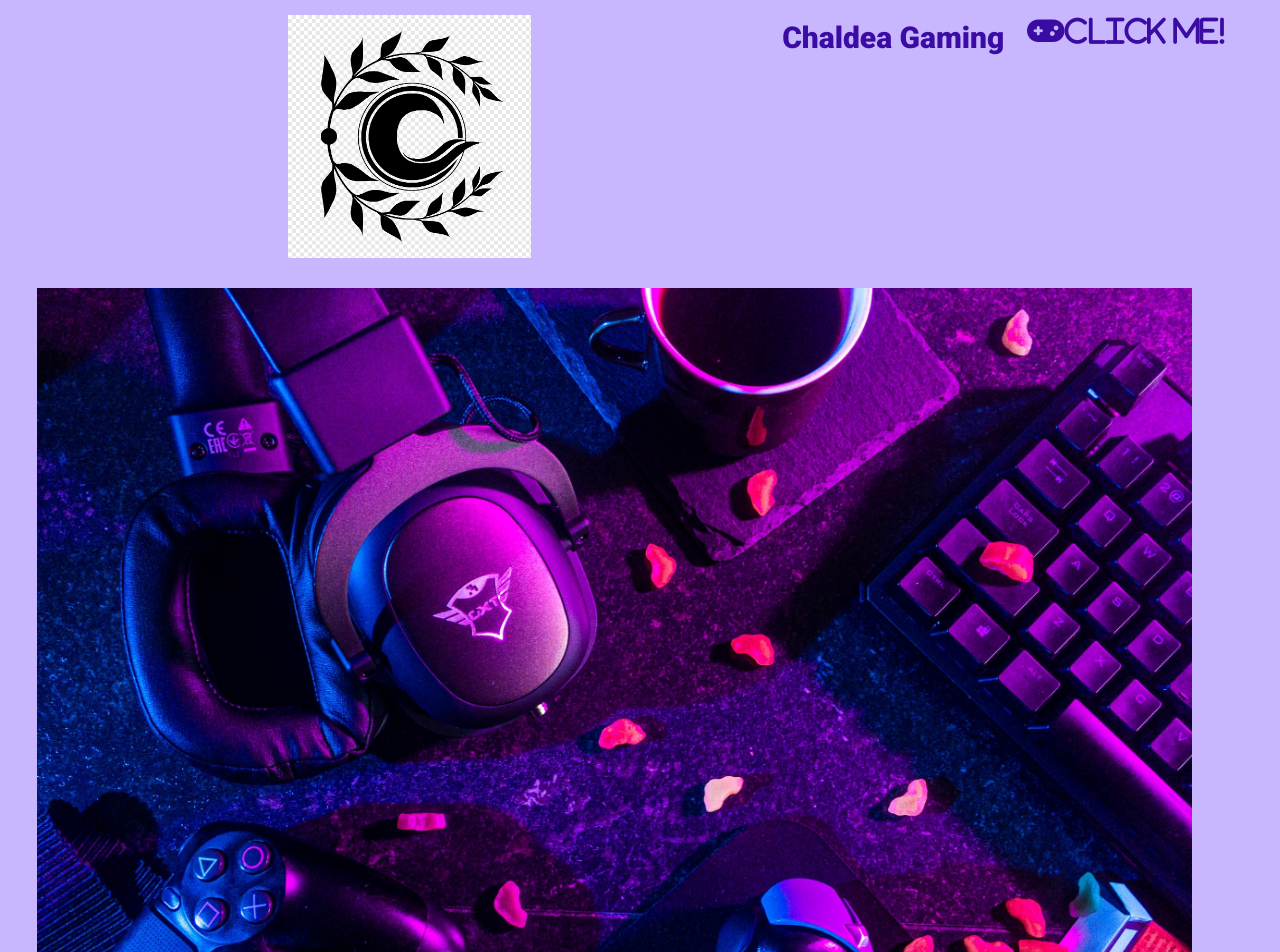
Repository: NyleNC/School-Projects
Page: Hmtl and CSS project/Contact.html
The author's editor kept a copy of each file at every save. The page is drawn from the files as they stood at one save, then again after a run of saves.
The browser window is 1280 px wide. The pictures show the part of the page from y = 0 to 952 px (the page is 2055 px tall before and 2068 px after).
A picture or video elsewhere on the page could not be fetched, so the positions and the page height are approximate. Some web libraries are served in a nearby version.

Above is the page before, as saved 2025-01-05 14:56:56.

After the next 2 saves:
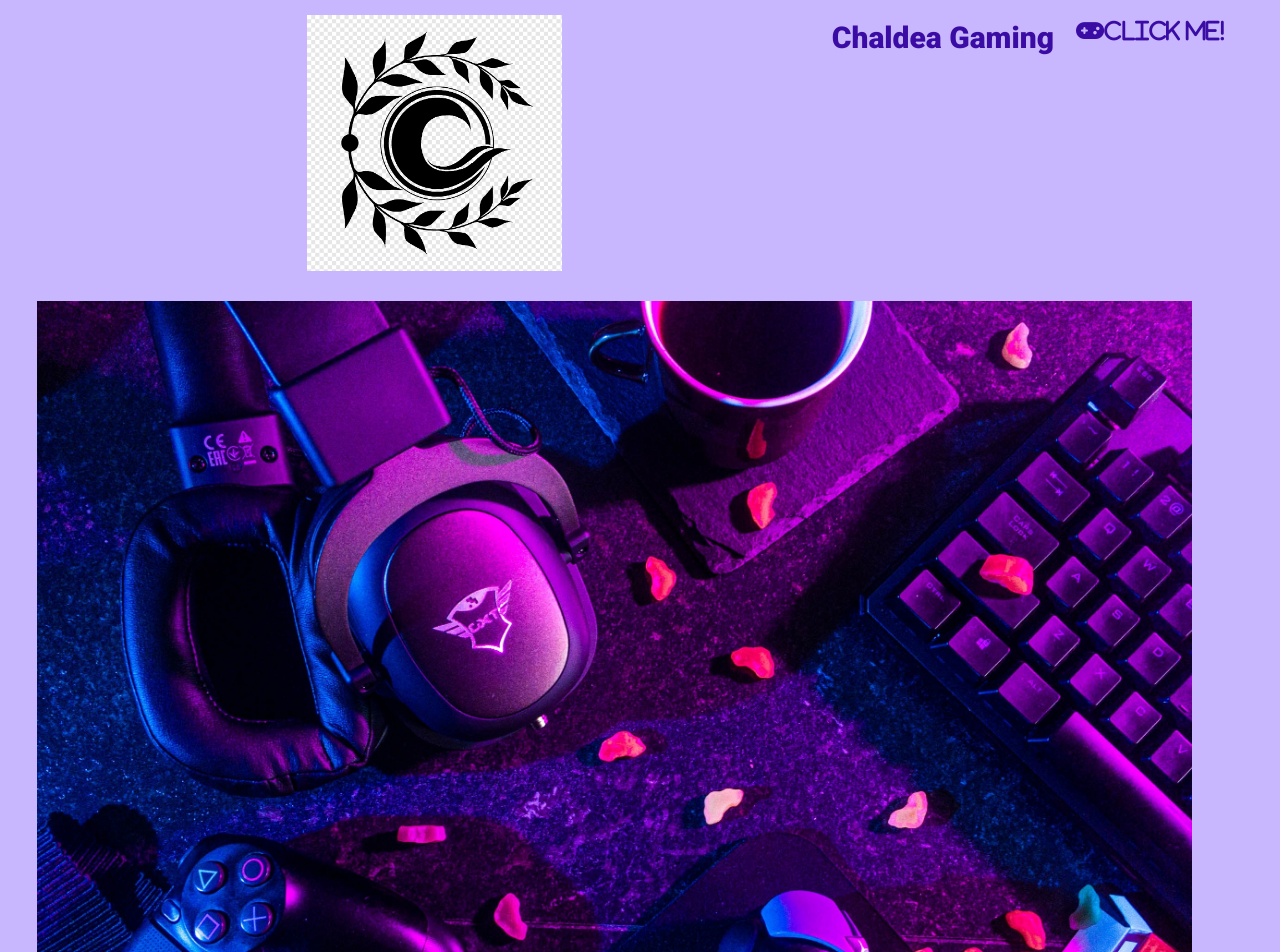
The 2 saves are shown as one change because they came seconds apart.
The last was saved 11 s later.
--- a/Hmtl and CSS project/Contact.html
+++ b/Hmtl and CSS project/Contact.html
@@ -16,8 +16,8 @@
 <body>
     <header class="header-con">
         <nav class="main-nav">
-            <i id="nav-toggle" class="fa-solid fa-gamepad fa-bounce fa-2xl">Click me!</i>
-            <i id="close-btn" class="fa-sharp fa-solid fa-circle-xmark fa-bounce fa-2xl">Close</i>
+            <i id="nav-toggle" class="fa-solid fa-gamepad fa-bounce fa-xl">Click me!</i>
+            <i id="close-btn" class="fa-sharp fa-solid fa-circle-xmark fa-bounce fa-xl">Close</i>
             <ul id="nav-menu">
                 <li><a href="Index.html">Home</a></li>
                 <li><a href="About.html">About</a></li>
